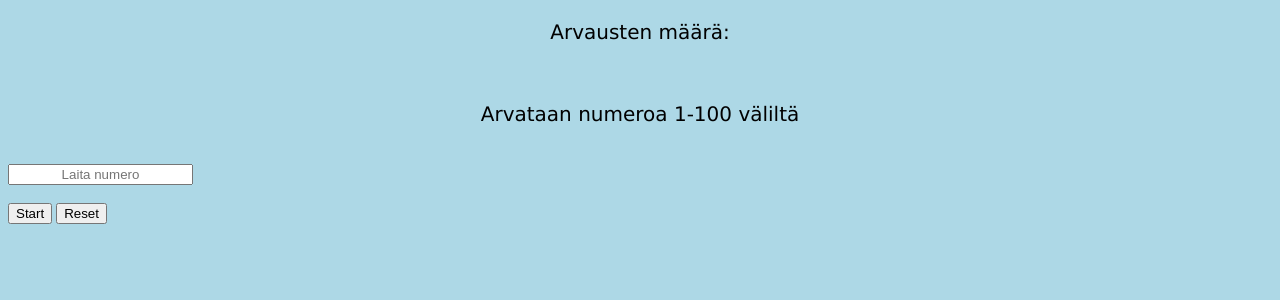
Repository: VadimZubchenko/numeronarvouspeli_JS
Page: public/index.html
An editor plug-in stored every save of this project. The page is shown before and after the next save, followed by the edit.
The browser window is 1280 px wide. The pictures show the whole page.

Above is the page before, as saved 2022-04-26 07:53:31.

### public/index.html
<!DOCTYPE html>
<html lang="en">
<head>
  <meta charset="UTF-8">
  <meta http-equiv="X-UA-Compatible" content="IE=edge">
  <meta name="viewport" content="width=device-width, initial-scale=1.0">
  <title>Numeroarvouspeli</title>
  <script src="script.js"></script>
  <link rel="stylesheet" href="mystyle.css">
</head>
<body>
  <div class="container">
    <p id="maara" >Arvausten määrä: </p>
    <br>
    <p id="message" value="0"> Arvataan numeroa 1-100 väliltä </p>
    <br>
    <input type="text" id="numero" name="numero" onfocus="this.value='' "placeholder="Laita numero">
    <br>
    <br>
    <button id="startGame" onclick="startGame()">Start</button>
    <button id="resetGame" onclick="resetGame()">Reset</button>

  </div>
</body>
</html>

### public/script.js
var running = 0;

let lastMin = 0;
let lastMax = 101;
let kpl = 0;

let arvo = Math.floor(Math.random() * 100);
console.log("Arvo :" + arvo);

function startGame() {
  let text = document.getElementById("message");
  text.style.color = "";
  document.body.style.backgroundColor = "";
  let clientArvo = document.getElementById("numero").value;
  //tarkistetaan syöty arvo onko numerollinen. jos on, sitten 'false'
  let checkNaN = isNaN(clientArvo);

  console.log("clientArvo: " + clientArvo);
  console.log("ei ole numero: " + checkNaN);

  if (lastMin < clientArvo && clientArvo < lastMax && !checkNaN) {
    if (clientArvo < arvo) {
      lastMin = clientArvo;
      document.getElementById("message").innerHTML =
        "Valitse luku suurempi kuin: " + clientArvo + ". <br>Yritä uudelleen!";
      kpl++;
    }
    if (clientArvo > arvo) {
      lastMax = clientArvo;
      document.getElementById("message").innerHTML =
        "Valitse luku pienempi kuin: " + clientArvo + ". <br>Yritä uudelleen!";
      kpl++;
    }
    if (clientArvo == arvo) {
      document.getElementById("message").innerHTML =
        "Arvosit oikein! Se oli " + arvo + ".";

      text.style.color = "red";
      document.body.style.backgroundColor = "yellow";
    }
  } else {
    document.getElementById("message").innerHTML =
      "Ups! Jotain meni pielen. <br>Syötä numerollinen arvo, joka suurempi kuin " +
      lastMin +
      " ja pienempi kuin : " +
      lastMax;
    text.style.color = "red";
    document.body.style.backgroundColor = "pink";
  }
  document.getElementById("maara").innerHTML = "Arvausten määrä: " + kpl;
  console.log("min:" + lastMin);
  console.log("max: :" + lastMax);
}

function resetGame() {
  clientArvo = 0;
  arvo = 0;
  lastMin = 0;
  lastMax = 101;
  kpl = 0;
  document.getElementById("numero").value = "";
  document.getElementById("maara").innerHTML = "Arvausten määrä: " + kpl;
  message = document.getElementById("message");
  document.getElementById("message").innerHTML = "Arva numero 1-100 väliltä";
  document.body.style.backgroundColor = "";
  message.style.color = "";
}

### public/mystyle.css
body {
  background-color: lightblue;
}


input {
  color: black;
  text-align: center;
}

p {
  font-family: verdana;
  font-size: 20px;
  color: black;
  text-align: center;
}

After the next save:
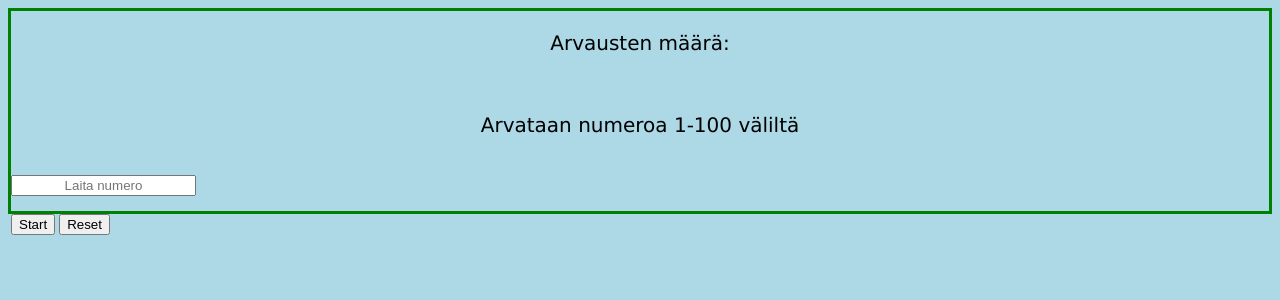
Saved 2 min 33 s later.
--- a/public/mystyle.css
+++ b/public/mystyle.css
@@ -3,6 +3,11 @@ body {
 }
 
 
+div{
+  height: 200px;
+  position: relative;
+  border: 3px solid green;
+}
 input {
   color: black;
   text-align: center;
